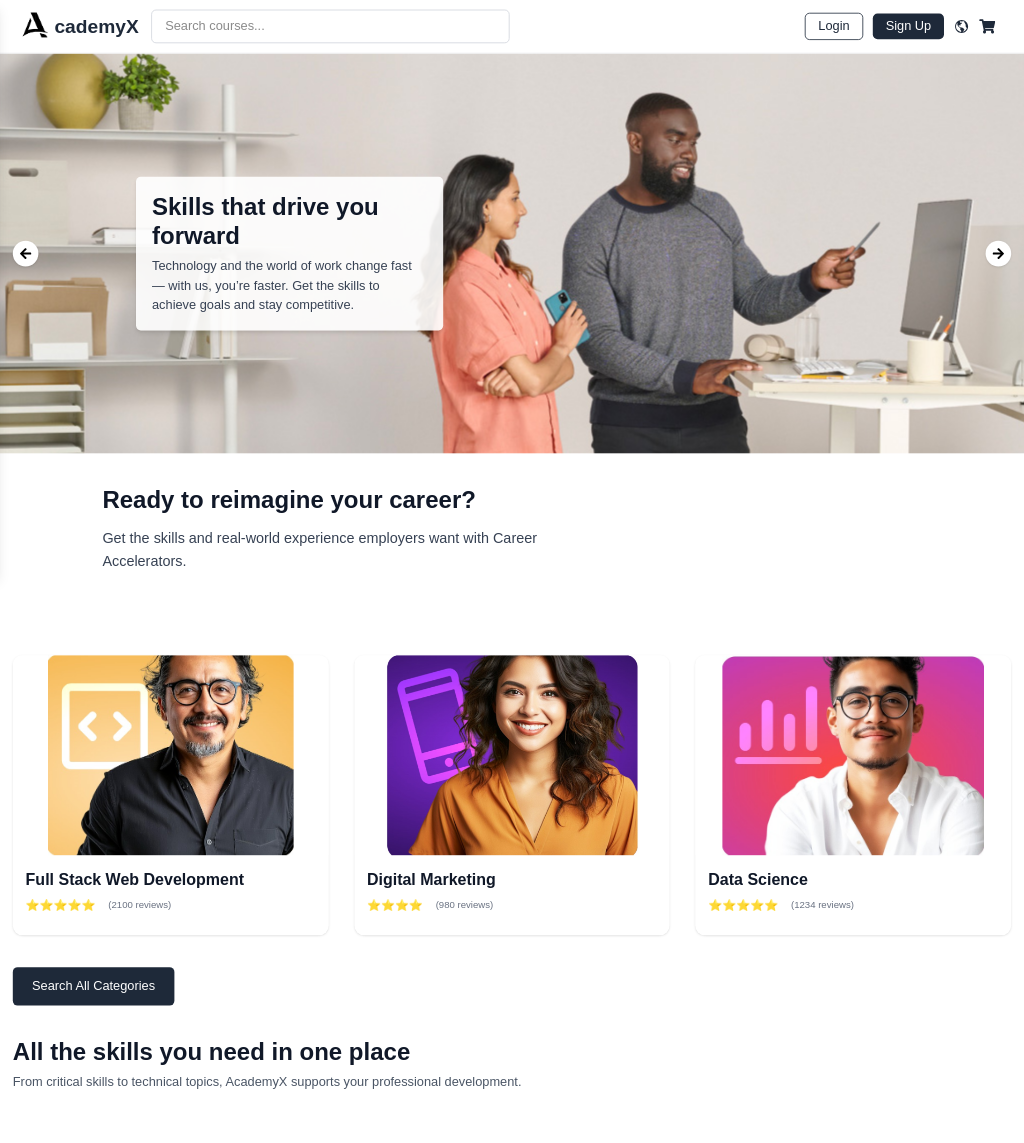
Repository: MohamedSalah54/full-stack-e-learning
Page: / (app in frontend/)
These files come from the project's save history. The page is drawn as it stood at one moment and after the next save; the edit follows.
The browser window is 1280 px wide. The pictures show the whole page, at 80% of full size.
The project was rebuilt for these pictures with package versions that can differ from the ones it lists, and the page was loaded fresh each time. The framework's server and built-in components were replaced by stand-ins that run in the browser. Also part of the build but not shown: frontend/next.config.ts.

Above is the page before, as saved 2025-06-15 15:22:35.

After the next save:
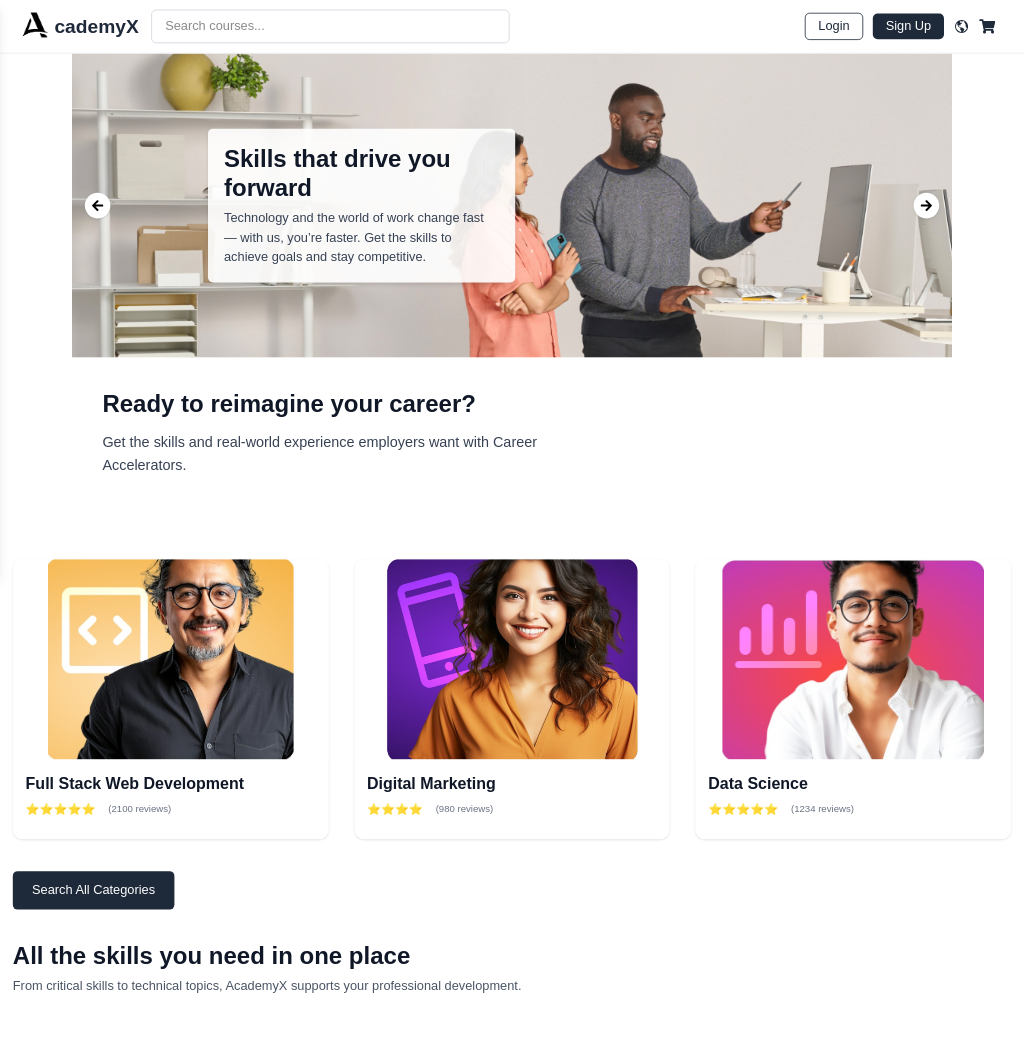
Saved 22 s later.
--- a/frontend/src/components/home/HeroBannerSlider.tsx
+++ b/frontend/src/components/home/HeroBannerSlider.tsx
@@ -22,7 +22,7 @@
       {/* Slider Section */}
       <section className="w-full relative bg-white overflow-hidden">
         {/* Wrapper for center and padding on large screens */}
-        <div className="w-full max-w-screen-xl mx-auto relative h-[300px] sm:h-[400px] md:h-[500px]">
+<div className="w-full max-w-[1100px] px-4 lg:px-8 mx-auto relative h-[220px] sm:h-[300px] md:h-[380px]">
           {slides.map((slide, index) => (
             <img
               key={index}
